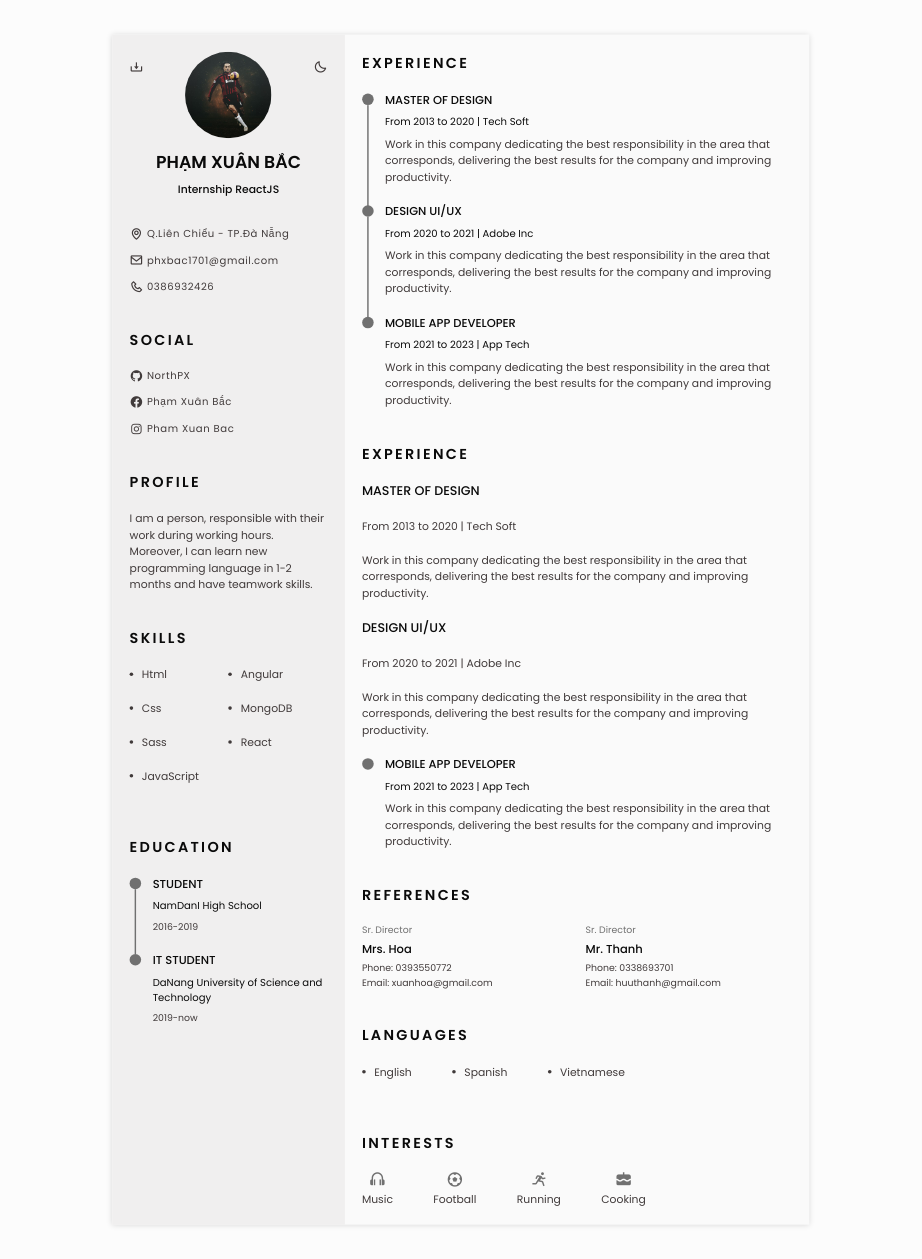
Repository: northpx/myCV
Page: index.html
These files come from the project's save history. The page is drawn as it stood at one moment and after the next save; the edit follows.
The browser window is 1280 px wide. The pictures show the whole page, at 72% of full size.

Above is the page before, as saved 2023-02-23 17:07:54.
Console error: TypeError: Cannot read properties of null (reading 'classList')

### index.html
<!DOCTYPE html>
<html lang="en">
<head>
    <meta charset="UTF-8">
    <meta http-equiv="X-UA-Compatible" content="IE=edge">
    <meta name="viewport" content="width=device-width, initial-scale=1.0">
    <link rel="stylesheet" href="./src/css/styles.css">
    <link rel="stylesheet" href="https://cdn.jsdelivr.net/npm/boxicons@latest/css/boxicons.min.css">
    <title>Pham Xuan Bac</title>
</head>
<body>
    <header class="l-header" id="header">
        <nav class="nav bd-container">
            <a href="#" class="nav__logo">Bac</a>
            <div class="nav__menu" id="nav-menu">
                <ul class="nav__list">
                    <li class="nav__item">
                        <a href="#home" class="nav__link active-link">
                            <i class='bx bx-home nav__icon' ></i>HOME
                        </a>
                    </li>
                    <li class="nav__item">
                        <a href="#profile" class="nav__link">
                            <i class='bx bx-user nav__icon' ></i>USER
                        </a>
                    </li>
                    <li class="nav__item">
                        <a href="#education" class="nav__link">
                            <i class='bx bx-book nav__icon' ></i>EDUCATION
                        </a>
                    </li>
                    <li class="nav__item">
                        <a href="#skills" class="nav__link">
                            <i class='bx bx-receipt nav__icon' ></i>SKILLS
                        </a>
                    </li>
                    <li class="nav__item">
                        <a href="#experience" class="nav__link">
                            <i class='bx bx-briefcase-alt nav__icon' ></i>experience
                        </a>
                    </li>
                    <li class="nav__item">
                        <a href="#certificates" class="nav__link">
                            <i class='bx bx-award nav__icon' ></i>CERTIFICATES
                        </a>
                    </li>

                    <li class="nav__item">
                        <a href="#references" class="nav__link">
                            <i class='bx bx-link-external nav__icon' ></i>REFERENCES
                        </a>
                    </li>
                </ul>
            </div>

            <div class="nav__toogle" id="nav-toggle">
                <i class="bx bx-grid-alt"></i>
            </div>
        </nav>
    </header>
    <main class="l-main bd-container">
        <div class="resume" id="area-cv">
            <div class="resume__left">
                <section class="home" id="home">
                    <div class="home__container section bd-grid">
                        <div class="home__data bd-grid">
                            <img src="./src/img/z3668101589347_355da8c054c5f58beb49364ce3f9e5b5.jpg" alt="" class="home__img">
                            <h1 class="home__title"><b>PHẠM XUÂN BẮC</b></h1>
                            <h3 class="home__profession">Internship ReactJS</h3>
                            <div>
                                <a download="" href="./src/pdf/resumecv.pdf" class="home__button-movil">Download</a>
                            </div>
                        </div>
                        <div class="home__address bd-grid">
                            <span class="home__information">
                                <i class="bx bx-map home__icon"></i> Q.Liên Chiểu - TP.Đà Nẵng
                            </span>
                            <span class="home__information">
                                <i class="bx bx-envelope home__icon"></i> phxbac1701@gmail.com
                            </span>
                            <span class="home__information">
                                <i class="bx bx-phone home__icon"></i> 0386932426
                            </span>
                        </div>
                    </div>
                    <i class="bx bx-moon change-theme" title="Theme" id="theme-button"></i>
                    <i class="bx bx-download generate-pdf" title="Generate PDF" id="resume-button"></i>
                </section>

                <section class="social section">
                    <h2 class="section-title">Social</h2>
                    <div class="social__container bd-grid">
                        <a href="https://github.com/northpx" target="_blank" class="social_link">
                            <i class="bx bxl-github social__icon"></i> NorthPX
                        </a>
                        <a href="https://www.facebook.com/north.px.13/" target="_blank" class="social_link">
                            <i class="bx bxl-facebook-circle social__icon"></i> Phạm Xuân Bắc
                        </a>
                        <a href="https://www.instagram.com/_north.px_/" target="_blank" class="social_link">
                            <i class="bx bxl-instagram social__icon"></i> Pham Xuan Bac
                        </a>
                    </div>
                </section>

                <section class="profile section" id="profile">
                    <h2 class="section-title">Profile</h2>
                    <p class="profile__description">
                        I am a person, responsible with their work during working hours. Moreover, I can learn new programming language in 1-2 months and have teamwork skills.
                    </p>
                </section>

                <section class="skills section" id="skills">
                    <h2 class="section-title">Skills</h2>
                    <div class="skills__content bd-grid">
                        <ul class="skills__data">
                            <li class="skills__name">
                                <span class="skills__circle"></span> Html
                            </li>
                            <li class="skills__name">
                                <span class="skills__circle"></span> Css
                            </li>
                            <li class="skills__name">
                                <span class="skills__circle"></span> Sass
                            </li>
                            <li class="skills__name">
                                <span class="skills__circle"></span> JavaScript
                            </li>
                        </ul>

                        <ul class="skills__data">
                            <li class="skills__name">
                                <span class="skills__circle"></span> Angular
                            </li>
                            <li class="skills__name">
                                <span class="skills__circle"></span> MongoDB
                            </li>
                            <li class="skills__name">
                                <span class="skills__circle"></span> React
                            </li>
                        </ul>
                    </div>
                </section>

                <section class="education section" id="education">
                    <h2 class="section-title">Education</h2>
                    <div class="education__container bd-grid">
                        <!-- <div class="education__content">
                            <div class="education__time">
                                <span class="education__rounder"></span>
                                <span class="education__line"></span>
                            </div>
                            <div class="education__data bd-grid">
                                <h3 class="education__title">STUDENT</h3>
                                <span class="education__studies">HongLong Secondary School</span>
                                <span class="education__year">2012-2016</span>
                            </div>
                        </div> -->

                        <div class="education__content">
                            <div class="education__time">
                                <span class="education__rounder"></span>
                                <span class="education__line"></span>
                            </div>
                            <div class="education__data bd-grid">
                                <h3 class="education__title">STUDENT</h3>
                                <span class="education__studies">NamDanI High School</span>
                                <span class="education__year">2016-2019</span>
                            </div>
                        </div>

                        <div class="education__content">
                            <div class="education__time">
                                <span class="education__rounder"></span>
                                <!-- <span class="education__line"></span> -->
                            </div>
                            <div class="education__data bd-grid">
                                <h3 class="education__title">IT STUDENT</h3>
                                <span class="education__studies">DaNang University of Science and Technology</span>
                                <span class="education__year">2019-now</span>
                            </div>
                        </div>
                    </div>
                </section>

            </div>

            <div class="resume__right">
                <section class="experience section" id="experience">
                    <h2 class="section-title">experience</h2>
                    <div class="experience__container bd-grid">
                        <div class="experience__content">
                            <div class="experience__time">
                                <span class="experience__rounder"></span>
                                <span class="experience__line"></span>
                            </div>
                            <div class="experience__data bd-grid">
                                <h3 class="experience__title">MASTER OF DESIGN</h3>
                                <span class="experience__company">From 2013 to 2020 | Tech Soft</span>
                                <p class="experience__description">Work in this company dedicating the best responsibility in the area that corresponds, delivering the best results for the company and improving productivity.</p>
                            </div>
                        </div>
                        <div class="experience__content">
                            <div class="experience__time">
                                <span class="experience__rounder"></span>
                                <span class="experience__line"></span>
                            </div>
                            <div class="experience__data bd-grid">
                                <h3 class="experience__title">DESIGN UI/UX</h3>
                                <span class="experience__company">From 2020 to 2021 | Adobe Inc</span>
                                <p class="experience__description">Work in this company dedicating the best responsibility in the area that corresponds, delivering the best results for the company and improving productivity.</p>
                            </div>
                        </div>
                        <div class="experience__content">
                            <div class="experience__time">
                                <span class="experience__rounder"></span>
                            </div>
                            <div class="experience__data bd-grid">
                                <h3 class="experience__title">MOBILE APP DEVELOPER</h3>
                                <span class="experience__company">From 2021 to 2023 | App Tech</span>
                                <p class="experience__description">Work in this company dedicating the best responsibility in the area that corresponds, delivering the best results for the company and improving productivity.</p>
                            </div>
                        </div>
                    </div>
                </section>

                <section class="project section" id="project">
                    <h2 class="section-title">experience</h2>
                    <div class="project__container bd-grid">
                        <div class="project__content">
                            <div class="project__time">
                                <span class="project__rounder"></span>
                                <span class="project__line"></span>
                            </div>
                            <div class="project__data bd-grid">
                                <h3 class="project__title">MASTER OF DESIGN</h3>
                                <span class="project__company">From 2013 to 2020 | Tech Soft</span>
                                <p class="project__description">Work in this company dedicating the best responsibility in the area that corresponds, delivering the best results for the company and improving productivity.</p>
                            </div>
                        </div>
                        <div class="project__content">
                            <div class="project__time">
                                <span class="project__rounder"></span>
                                <span class="project__line"></span>
                            </div>
                            <div class="project__data bd-grid">
                                <h3 class="project__title">DESIGN UI/UX</h3>
                                <span class="project__company">From 2020 to 2021 | Adobe Inc</span>
                                <p class="project__description">Work in this company dedicating the best responsibility in the area that corresponds, delivering the best results for the company and improving productivity.</p>
                            </div>
                        </div>
                        <div class="experience__content">
                            <div class="experience__time">
                                <span class="experience__rounder"></span>
                            </div>
                            <div class="experience__data bd-grid">
                                <h3 class="experience__title">MOBILE APP DEVELOPER</h3>
                                <span class="experience__company">From 2021 to 2023 | App Tech</span>
                                <p class="experience__description">Work in this company dedicating the best responsibility in the area that corresponds, delivering the best results for the company and improving productivity.</p>
                            </div>
                        </div>
                    </div>
                </section>

                <!-- <section class="certificate section" id="certificates">
                    <h2 class="section-title">Certificates</h2>
                    <div class="certificate__container bd-grid">
                        <div class="certificate__content">
                            <h3 class="certificate__title">Certified for compliance in the work area (2012)</h3>
                            <p class="certificate__description">For meeting the expectations of leading the team to work the specified tasks in the labor field.</p>
                        </div>

                        <div class="certificate__content">
                            <h3 class="certificate__title">Certificate of attendance on computer technology.</h3>
                            <p class="certificate__description">For meeting the expectations of leading the team to work the specified tasks in the labor field.</p>
                        </div>

                        <div class="certificate__content">
                            <h3 class="certificate__title">Achievement medal for productivity excellence during the year (2019)</h3>
                            <p class="certificate__description">For meeting the expectations of leading the team to work the specified tasks in the labor field.</p>
                        </div>
                    </div>
                </section> -->

                <section class="references section" id="references">
                    <h2 class="section-title">References</h2>
                    <div class="references__container bd-grid">
                        <div class="references__content bd-grid">
                            <span class="references__subtitle">Sr. Director</span>
                            <h3 class="references__title">Mrs. Hoa</h3>
                            <ul class="references__contact">
                                <li>Phone: 0393550772</li>
                                <li>Email: xuanhoa@gmail.com</li>
                            </ul>
                        </div>

                        <div class="references__content bd-grid">
                            <span class="references__subtitle">Sr. Director</span>
                            <h3 class="references__title">Mr. Thanh</h3>
                            <ul class="references__contact">
                                <li>Phone: 0338693701</li>
                                <li>Email: huuthanh@gmail.com</li>
                            </ul>
                        </div>
                    </div>
                </section>

                <section class="languages section">
                    <h2 class="section-title">Languages</h2>
                    <div class="languages__container bd-grid">
                        <ul class="languages__content bd-grid">
                            <li class="languages_name">
                                <span class="languages__circle"></span> English
                            </li>
                            <li class="languages_name">
                                <span class="languages__circle"></span> Spanish
                            </li>
                            <li class="languages_name">
                                <span class="languages__circle"></span> Vietnamese
                            </li>

                        </ul>
                    </div>
                </section>

                <section class="interests section">
                    <h2 class="section-title">Interests</h2>
                    <div class="interests__container bd-grid">
                        <div class="interests__content">
                            <i class="bx bx-headphone interests__icon"></i>
                            <span class="interests__name">Music</span>
                        </div>
                        <div class="interests__content">
                            <i class='bx bx-football interests__icon' ></i>
                            <span class="interests__name">Football</span>
                        </div>
                        <div class="interests__content">
                            <i class='bx bx-run interests__icon' ></i>
                            <span class="interests__name">Running</span>
                        </div>
                        <div class="interests__content">
                            <i class='bx bxs-cake interests__icon' ></i>
                            <span class="interests__name">Cooking</span>
                        </div>
                    </div>
                </section>
            </div>
        </div>
    </main>

    <a href="#" class="scrolltop" id="scroll-top">
        <i class="bx bx-up-arrow-alt scrolltop__icon"></i>
    </a>
    <script src="./src/js/html2pdf.bundle.min.js"></script>
    <script src="./src/js/scripts.js"></script>
</body>
</html>

Loaded but not shown: src/js/html2pdf.bundle.min.js (library); src/js/scripts.js (107 lines, source omitted); src/css/styles.css (578 lines, source omitted)

After the next save:
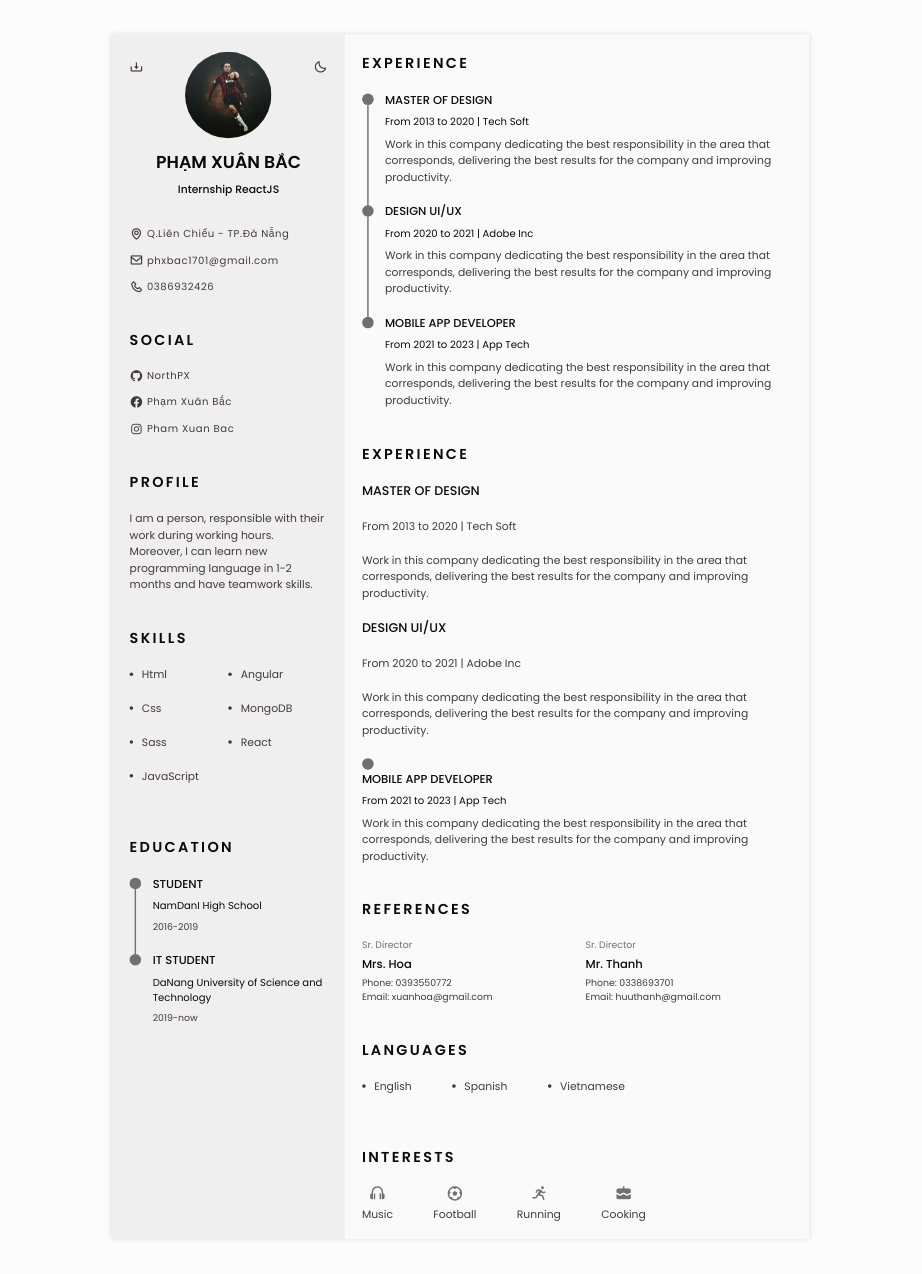
Saved 4 s later.
--- a/index.html
+++ b/index.html
@@ -248,7 +248,7 @@
                                 <p class="project__description">Work in this company dedicating the best responsibility in the area that corresponds, delivering the best results for the company and improving productivity.</p>
                             </div>
                         </div>
-                        <div class="experience__content">
+                        <div class="project__content">
                             <div class="experience__time">
                                 <span class="experience__rounder"></span>
                             </div>
